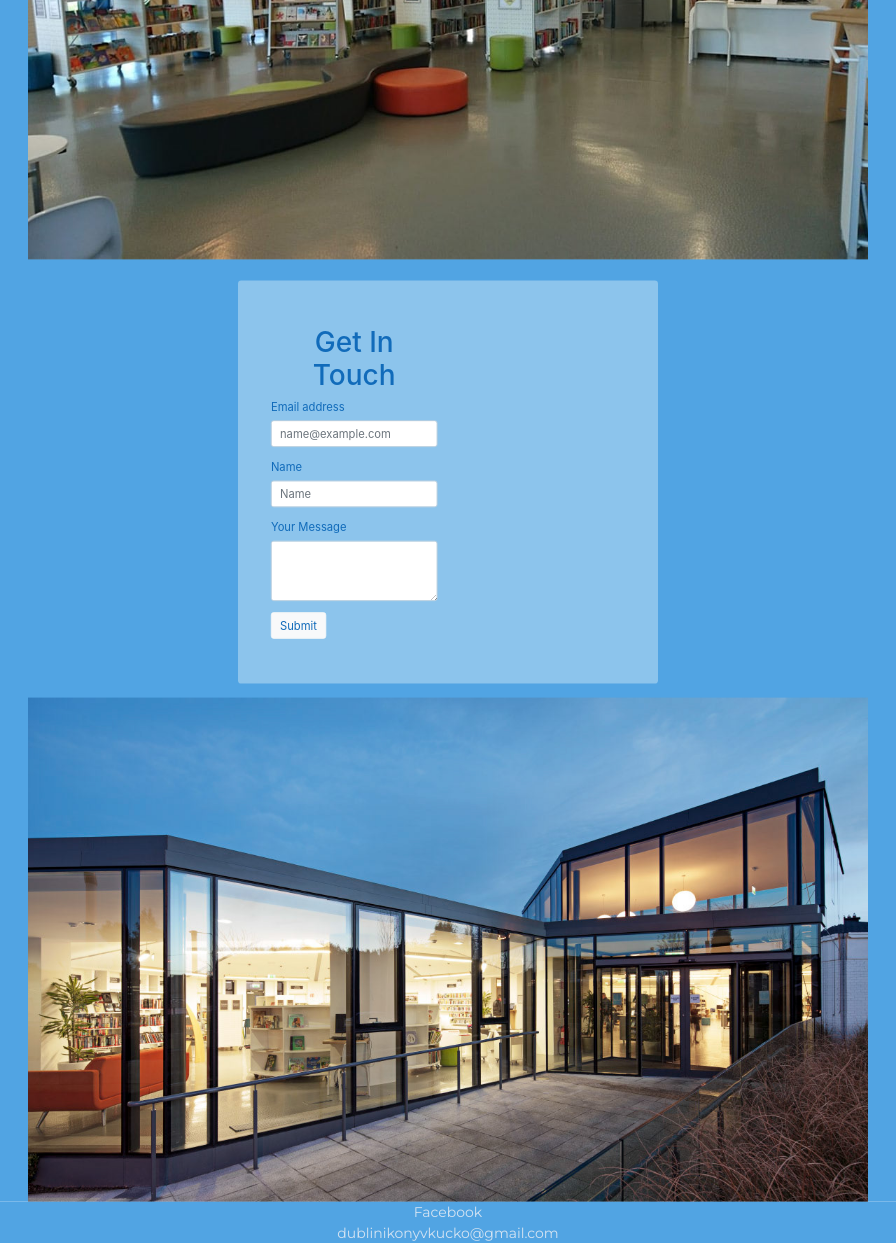
Repository: taikatta/Konyvkucko
Page: index.html
The author's editor kept a record of every edit. The page is drawn from the files as they stood at one moment, then again after the next edit.
The browser window is 1280 px wide. The pictures show the part of the page from y = 2162 to 4082 px (the page is 3938 px tall before and 4082 px after), at 70% of full size.
Backgrounds fixed to the window are drawn as part of the page.

Above is the page before.

### index.html
<!DOCTYPE html>
<html lang="en">

<head>
    <meta charset="UTF-8">
    <meta name="viewport" content="width=device-width, initial-scale=1.0">
    <meta http-equiv="X-UA-Compatible" content="ie=edge">
    <link rel="stylesheet" href="https://stackpath.bootstrapcdn.com/bootstrap/4.3.1/css/bootstrap.min.css" type="text/css" />
    <link rel="stylesheet" href="https://stackpath.bootstrapcdn.com/font-awesome/4.7.0/css/font-awesome.min.css" type="text/css" />

    <link rel="stylesheet" href="css/style.css" type="text/css" />
    <title>Dublini Magyar Könyvkuckó</title>
</head>

<body>
    <header>
        <div class="row no-gutters">
            <a href="index.html" style="text-decoration: none" class="col-md-4 brand">Könyvkuckó.</a>
            <div class="col-md-8 d-none d-md-block">
                <div class="col">
                    <ul id="nav" class="list-inline menucontainer">
                        <li class="col-6 list-inline-item menuitem">
                            <a href="#books"><span>Books</span></a>
                        </li>
                        <li class="col-6 list-inline-item menuitem">
                            <a href="#contact"><span>Contact</span></a>
                        </li>
                    </ul>
                </div>
            </div>
        </div>
    </header>


    <section>
        <div class="home-background firstphoto">
            <h1 class="introduction">Hungarian children's books in Ireland!</h1>
        </div>


        <section id="books" class="jumbotron">
            <div id="carouselExampleControls" class="carousel slide" data-ride="carousel">
                <div class="carousel-inner">
                    <div class="carousel-item active">
                        <img class="d-block w-100" src="images/Maszat.jpg" alt="Maszat">
                    </div>
                    <div class="carousel-item">
                        <img class="d-block w-100" src="images/Lenge.jpg" alt="Lenge mesek">
                    </div>
                    <div class="carousel-item">
                        <img class="d-block w-100" src="images/Varro.jpg" alt="Varro Dani">
                    </div>
                </div>
                <a class="carousel-control-prev" href="#carouselExampleControls" role="button" data-slide="prev">
                <span class="carousel-control-prev-icon" aria-hidden="true"></span>
                <span class="sr-only">Previous</span>
             </a>
                <a class="carousel-control-next" href="#carouselExampleControls" role="button" data-slide="next">
                <span class="carousel-control-next-icon" aria-hidden="true"></span>
                <span class="sr-only">Next</span>
              </a>
            </div>
        </section>


        <div class="home-background secondphoto">
        </div>

        <section id="contact" class="jumbotron" >
            <div>
    <div class="col-sm-6"></div>
    <div class="col-xs-12 col-sm-6">
                <h1 style="text-align: center">Get In Touch</h1>
                <form>
                    <div class="form-group">
                        <label for="exampleFormControlInput1">Email address</label>
                        <input type="email" class="form-control" id="exampleFormControlInput1" placeholder="name@example.com">
                    </div>
                    <div class="form-group">
                        <label for="exampleFormControlInput1">Name</label>
                        <input type="text" class="form-control" id="exampleFormControlInput1" placeholder="Name">
                    </div>

                    <div class="form-group">
                        <label for="exampleFormControlTextarea1">Your Message</label>
                        <textarea class="form-control" id="exampleFormControlTextarea1" rows="3"></textarea>
                    </div>
                    <button type="submit" class="btn btn-light" style="color: #116bba">Submit</button>
                </form>

            </div>

        </section>

        <div class="home-background thirdphoto">
        </div>

    </section>
    <footer>
        <div>
            <a href="https://www.facebook.com/konyvkucko/" target="_blank" style="text-decoration: none">
                <span style="color: #d4e3f2">Facebook</span></a>
            <br>
            <span>dublinikonyvkucko@gmail.com</span>
        </div>
    </footer>

    <script src="https://code.jquery.com/jquery-3.3.1.slim.min.js" integrity="sha384-q8i/X+965DzO0rT7abK41JStQIAqVgRVzpbzo5smXKp4YfRvH+8abtTE1Pi6jizo" crossorigin="anonymous"></script>
    <script src="https://cdnjs.cloudflare.com/ajax/libs/popper.js/1.14.7/umd/popper.min.js" integrity="sha384-UO2eT0CpHqdSJQ6hJty5KVphtPhzWj9WO1clHTMGa3JDZwrnQq4sF86dIHNDz0W1" crossorigin="anonymous"></script>
    <script src="https://stackpath.bootstrapcdn.com/bootstrap/4.3.1/js/bootstrap.min.js" integrity="sha384-JjSmVgyd0p3pXB1rRibZUAYoIIy6OrQ6VrjIEaFf/nJGzIxFDsf4x0xIM+B07jRM" crossorigin="anonymous"></script>

</body>

</html>

### css/style.css
@import url('https://fonts.googleapis.com/css?family=Montserrat&display=swap:100, 200, 300, 400, 500, 600, 700');

/*--------------------------------------------Colors*/

header {
    margin: 0;
    background-color: #51a4e3; /* #1d7fcf; */
    text-align: center;
}


.introduction {
    text-align: center;
    height: 560px;

}

section {
    background-color: #51a4e3;
}

html {
  scroll-behavior: smooth;
}

#contact {
    width: 600px;
    margin: 20px auto;
    color: #116bba;
}
.home-background {
    color: #d4e3f2;
    height: 100vh;
    background-position: center;
    -webkit-background-size: cover;
    -moz-background-size: cover;
    -o-background-size: cover;
    background-size: cover;
    display: flex;
    align-items: center;
    justify-content:center;
    position: relative;
}

.firstphoto {
    background: url("../images/deansgrange1.jpg") no-repeat center fixed;
}

.secondphoto {
    background: url("../images/deansgrange4.jpg") no-repeat center fixed;
}

.thirdphoto {
    background: url("../images/deansgrange3.jpg") no-repeat center fixed;
}

.list-inline-item:not(:last-child) {
    margin: 0;
}

.jumbotron {
    margin: 0;
    background-color: #8cc4ec;
}
.menucontainer {
    font-size: 0;
    min-height: 60px;
}

.menuitem a {
    width: 100%;
    text-decoration: none;
}

#nav li {
    font-family: "Montserrat", sans-serif;
    font-weight: 200;
    font-size: 28px;
    margin-top: 10px;
    margin-bottom: 10px;
    text-align: center;
}

#nav span {
    color: #d4e3f2;
}

.brand {
    color: #d4e3f2;
    font-family: "Montserrat", sans-serif;
    font-weight: 200;
    font-size: 28px;
    margin-top: 10px;
    margin-bottom: 10px;
    text-align: center;
}

.brand:hover {
    color: #d4e3f2;
}

#nav {
    margin: 0;
}


.page-title h1 {
    padding-top: 10px;
    text-align: center;
}

.container {
    padding: 10px 0;
    background-color: #d4e3f2;

}

#button1, #button2, #button3, #button4 {
    margin-top: 10px;
    margin-bottom: 10px;
}

footer  {
    font-family: "Montserrat", sans-serif;
    font-weight: 100;
    font-size: 20px;
    color: #d4e3f2;
    background-color: #51a4e3;
    text-align: center;
    margin: 0;
}

After the next edit:
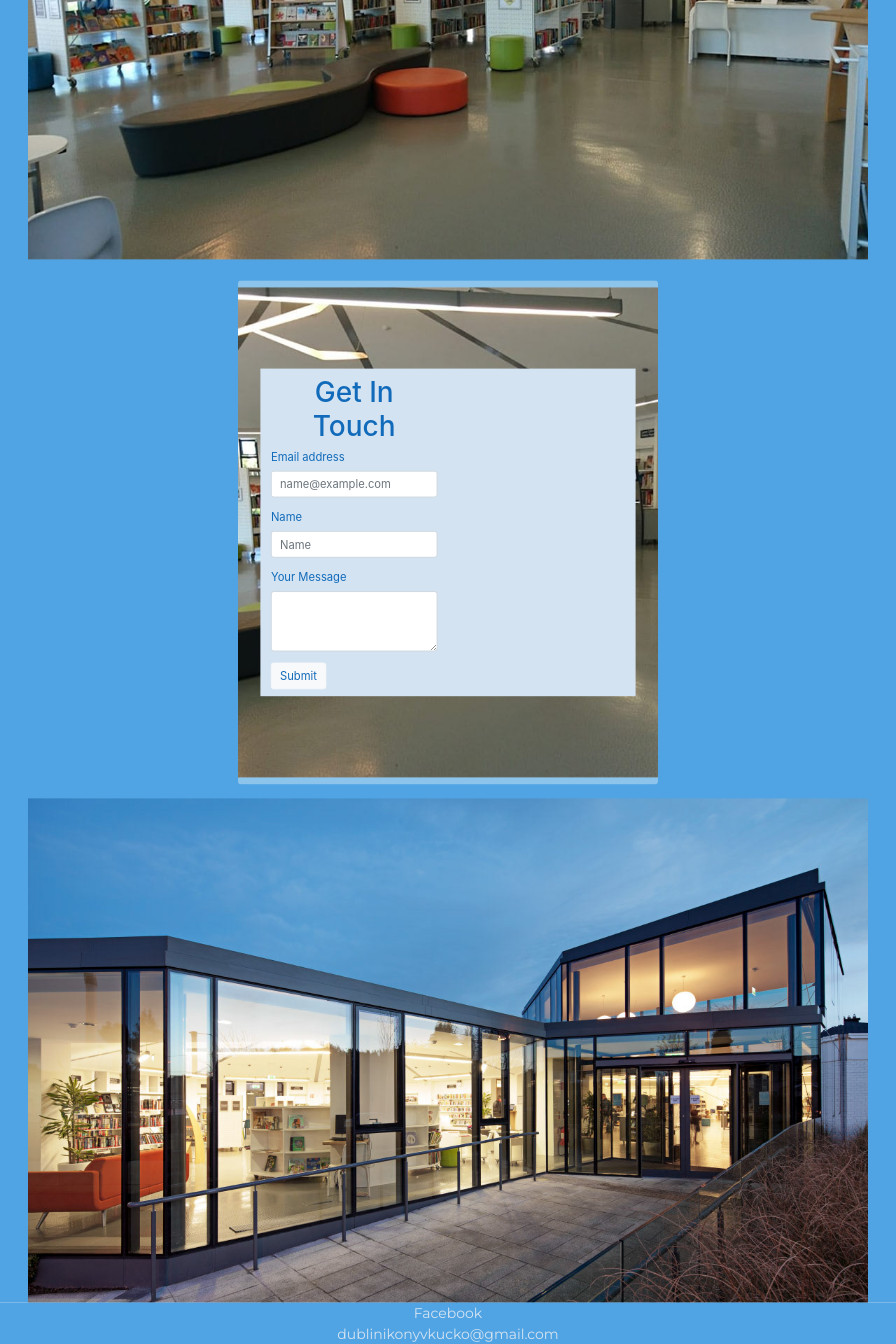
The edit:
--- a/index.html
+++ b/index.html
@@ -66,28 +66,29 @@
         <div class="home-background secondphoto">
         </div>
 
-        <section id="contact" class="jumbotron" >
-            <div>
-    <div class="col-sm-6"></div>
-    <div class="col-xs-12 col-sm-6">
-                <h1 style="text-align: center">Get In Touch</h1>
-                <form>
-                    <div class="form-group">
-                        <label for="exampleFormControlInput1">Email address</label>
-                        <input type="email" class="form-control" id="exampleFormControlInput1" placeholder="name@example.com">
-                    </div>
-                    <div class="form-group">
-                        <label for="exampleFormControlInput1">Name</label>
-                        <input type="text" class="form-control" id="exampleFormControlInput1" placeholder="Name">
-                    </div>
+        <section id="contact" class="jumbotron home-background secondphoto">
+            <div class="container">
+                <div class="col-sm-6"></div>
+                <div class="col-xs-12 col-sm-6">
+                    <h1 style="text-align: center">Get In Touch</h1>
+                    <form>
+                        <div class="form-group">
+                            <label for="exampleFormControlInput1">Email address</label>
+                            <input type="email" class="form-control" id="exampleFormControlInput1" placeholder="name@example.com">
+                        </div>
+                        <div class="form-group">
+                            <label for="exampleFormControlInput1">Name</label>
+                            <input type="text" class="form-control" id="exampleFormControlInput1" placeholder="Name">
+                        </div>
 
-                    <div class="form-group">
-                        <label for="exampleFormControlTextarea1">Your Message</label>
-                        <textarea class="form-control" id="exampleFormControlTextarea1" rows="3"></textarea>
-                    </div>
-                    <button type="submit" class="btn btn-light" style="color: #116bba">Submit</button>
-                </form>
+                        <div class="form-group">
+                            <label for="exampleFormControlTextarea1">Your Message</label>
+                            <textarea class="form-control" id="exampleFormControlTextarea1" rows="3"></textarea>
+                        </div>
+                        <button type="submit" class="btn btn-light" style="color: #116bba">Submit</button>
+                    </form>
 
+                </div>
             </div>
 
         </section>
